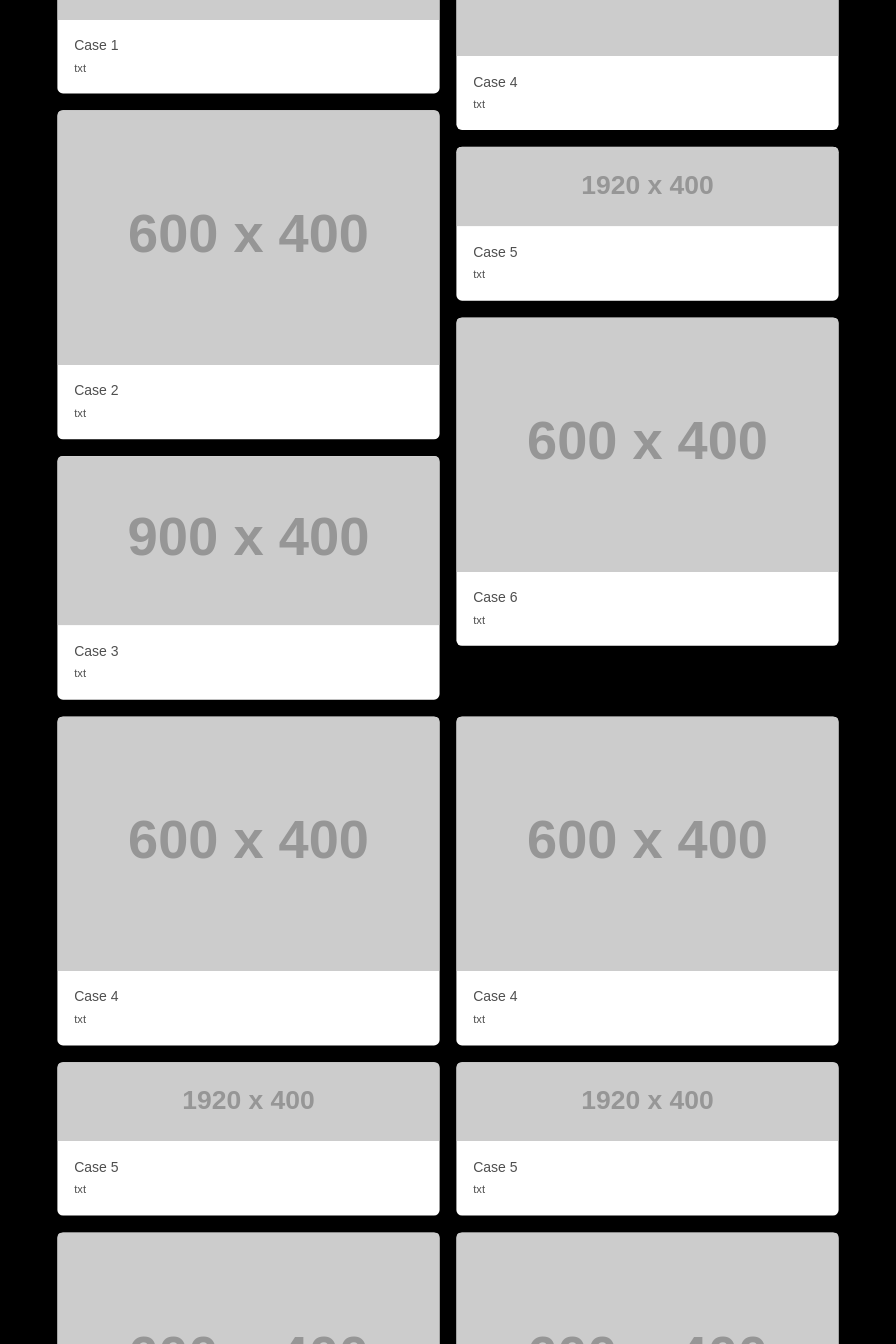
Repository: Upstairs-Agencia/studio-conceito-react
Page: /cases
An editor plug-in stored every save of this project. The page is shown before and after the next save, followed by the edit.
The browser window is 1280 px wide. The pictures show the part of the page from y = 551 to 2471 px (the page is 3094 px tall before and 3275 px after), at 70% of full size.
The project was rebuilt for these pictures with package versions that can differ from the ones it lists, and the page was loaded fresh each time. Also part of the build but not shown: src/pages/Home.js, src/pages/QuemSomos.js, src/pages/Servicos.js, src/pages/Blog.js, src/pages/Clientes.js, src/pages/Contato.js.

Above is the page before, as saved 2024-12-29 11:14:02.

After the next save:
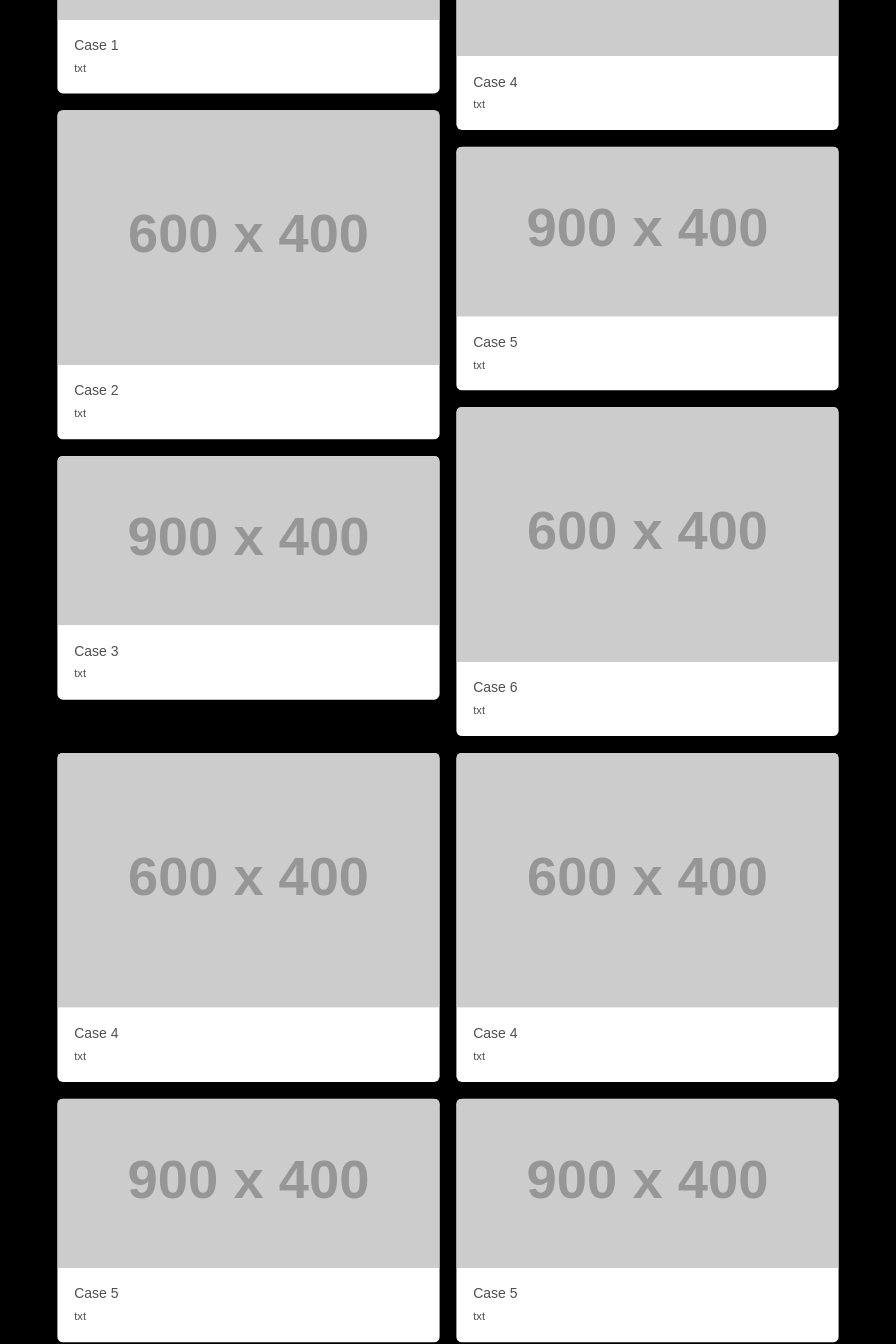
Saved 49 s later.
--- a/src/pages/Cases.js
+++ b/src/pages/Cases.js
@@ -29,7 +29,7 @@ const caseStudies = [
   {
     title: "Case 5",
     description: "txt",
-    image: "https://via.placeholder.com/1920x400",
+    image: "https://via.placeholder.com/900x400",
   },
   {
     title: "Case 6",
